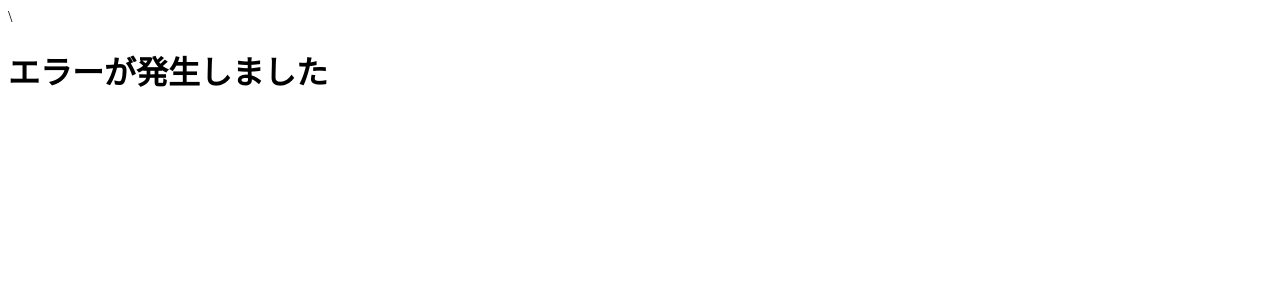
Repository: Higa111/test
Page: http://localhost/WebProj4/helloStrutsError.jsp
These files come from the project's save history. The page is drawn as it stood at one moment and after the next save; the edit follows.
The browser window is 1280 px wide. The pictures show the whole page.
The page is served by Tomcat 9. Nobody is signed in. The application's start-up code is not run.

Above is the page before, as saved 2019-06-21 11:49:12.

After the next save:
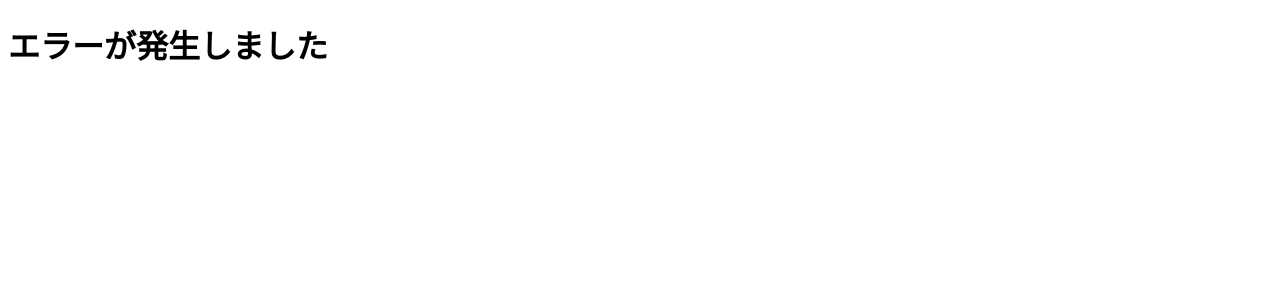
Saved 10 s later.
--- a/WebProj4/WebContent/helloStrutsError.jsp
+++ b/WebProj4/WebContent/helloStrutsError.jsp
@@ -1,4 +1,4 @@
-\<%@ page language="java" contentType="text/html; charset=UTF-8"
+<%@ page language="java" contentType="text/html; charset=UTF-8"
 pageEncoding="UTF-8"%>
 <%@ taglib prefix="s" uri="/struts-tags"%>
 <!DOCTYPE html>
